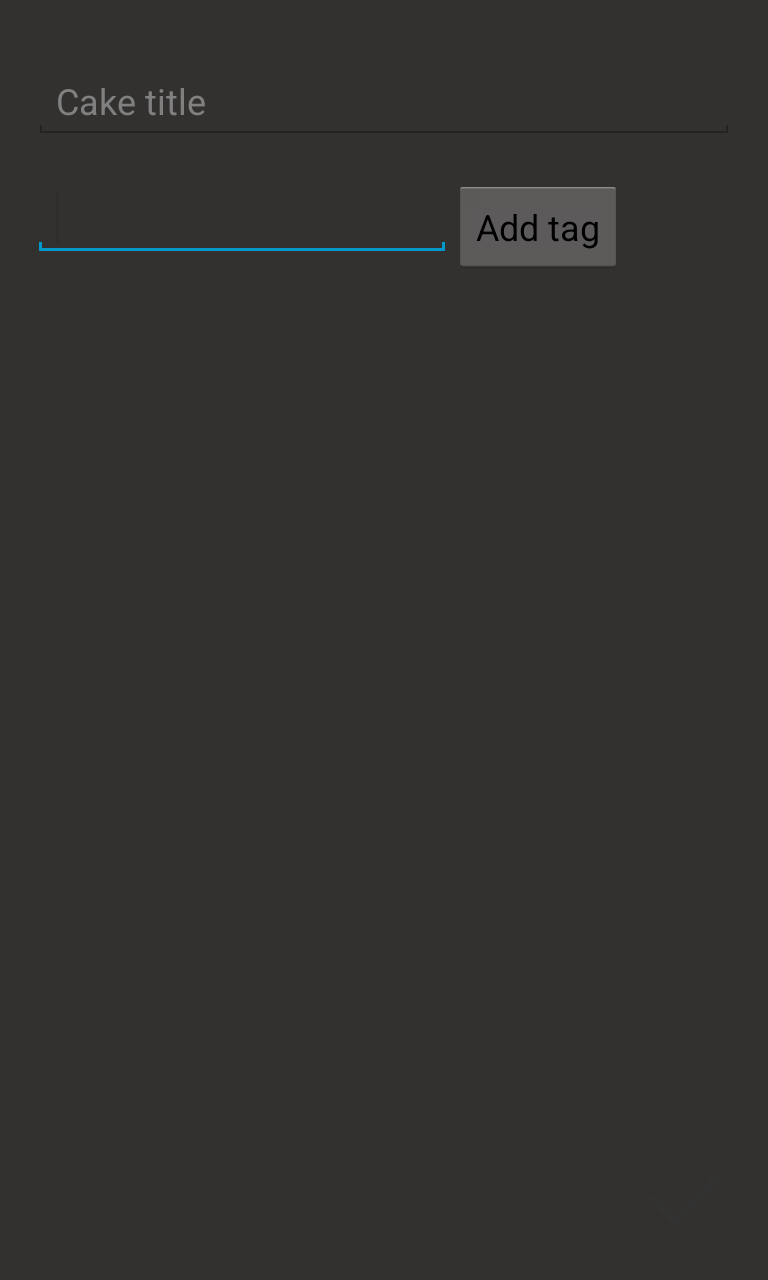
Repository: johnshaughnessy/onesec
Layout: OneSec-App/res/layout/activity_new_cake.xml
The author's editor kept a copy of each file at every save. The layout is drawn from the files as they stood at one save, then again after the next save.
It is drawn on a 768 x 1280 px phone screen (xhdpi) without system bars, with theme RetroTheme; the app's code is not run.

Above is the layout before, as saved 2013-07-13 22:47:14.

### OneSec-App/res/layout/activity_new_cake.xml
<RelativeLayout xmlns:android="http://schemas.android.com/apk/res/android"
    xmlns:tools="http://schemas.android.com/tools"
    android:layout_width="match_parent"
    android:layout_height="match_parent"
    android:paddingBottom="@dimen/activity_vertical_margin"
    android:paddingLeft="@dimen/activity_horizontal_margin"
    android:paddingRight="@dimen/activity_horizontal_margin"
    android:paddingTop="@dimen/activity_vertical_margin"
    tools:context=".NewCakeActivity" >

    <ImageView
        android:id="@+id/thumbnail"
        android:layout_width="wrap_content"
        android:layout_height="wrap_content"
        android:layout_marginBottom="15dp"
        android:layout_centerHorizontal="true" />

    <TextView
        android:id="@+id/date"
        android:layout_width="wrap_content"
        android:layout_height="wrap_content"
        android:layout_below="@id/title"
        android:maxLines="1000"
        android:layout_centerHorizontal="true" />

    <EditText
        android:id="@+id/title"
        android:layout_width="fill_parent"
        android:layout_height="wrap_content"
        android:layout_below="@id/thumbnail"
        android:maxLines="1"
        android:inputType="text"
        android:hint="@string/hint_cake_title"
        android:layout_centerHorizontal="true" />

    <Button
        android:id="@+id/done"
        android:layout_width="50dp"
        android:layout_height="50dp"
        android:layout_alignParentBottom="true"
        android:layout_alignParentRight="true"
        android:background="@drawable/ic_navigation_accept" />

    <EditText
        android:id="@+id/newCakeSprinkle"
        android:layout_width="wrap_content"
        android:layout_height="wrap_content"
        android:layout_alignLeft="@+id/title"
        android:layout_below="@+id/date"
        android:maxLines="1"
        android:inputType="text"
        android:ems="10" >
        <requestFocus />
    </EditText>

    <Button
        android:id="@+id/addTag"
        android:layout_width="wrap_content"
        android:layout_height="wrap_content"
        android:layout_below="@id/date"
        android:layout_toRightOf="@id/newCakeSprinkle"
        android:layout_centerHorizontal="true"
        android:onClick="addTag"
        android:text="@string/addTag" />

</RelativeLayout>

### OneSec-App/res/values/strings.xml
<?xml version="1.0" encoding="utf-8"?>
<resources>

    <string name="app_name">SPRINKLES</string>
    <string name="action_settings">Settings</string>
    <string name="action_signout">Sign out</string>
    <string name="search_title">Search</string>
    <string name="search_hint">Search by sprinkle</string>
    <string name="hello_world">Hello world!</string>
    <string name="title_activity_new_second">New Moment</string>
    <string name="title_activity_new_cake">New Cake</string>
    <string name="title_activity_view_seconds">My Moments</string>
    <string name="title_activity_view_cakes">My Cakes</string>
    <string name="title_activity_recipe">RecipeActivity</string>
    <string name="my_seconds">My Moments</string>
    <string name="date">Date:</string>
    <string name="text_select_seconds">Select</string>
    <string name="text_bake_cake">Bake</string>
    <string name="forget">Forget</string>
    <string name="sign_in">Sign in</string>
    <string name="hint_cake_title">Cake title</string>

    <string name="text_takeSecond">Capture the moment</string>
    <string name="text_viewSeconds">View Moments</string>
    <string name="text_viewCakes">View Cakes</string>

    <string name="menu_new">New</string>
    <string name="text_test">Test</string>
    <string name="done">So beautiful omg</string>
    <string name="play_second">Play</string>

    <string name="addTag">Add tag</string>
    <string name="upload">Upload</string>
    <string name="syncSeconds">Sync Moments</string>


</resources>

Loaded but not shown: OneSec-App/res/values/styles.xml (common file); OneSec-App/res/values-v11/styles.xml (common file); OneSec-App/res/values-v14/styles.xml (common file); OneSec-App/res/values/dimens.xml (common file)

After the next save:
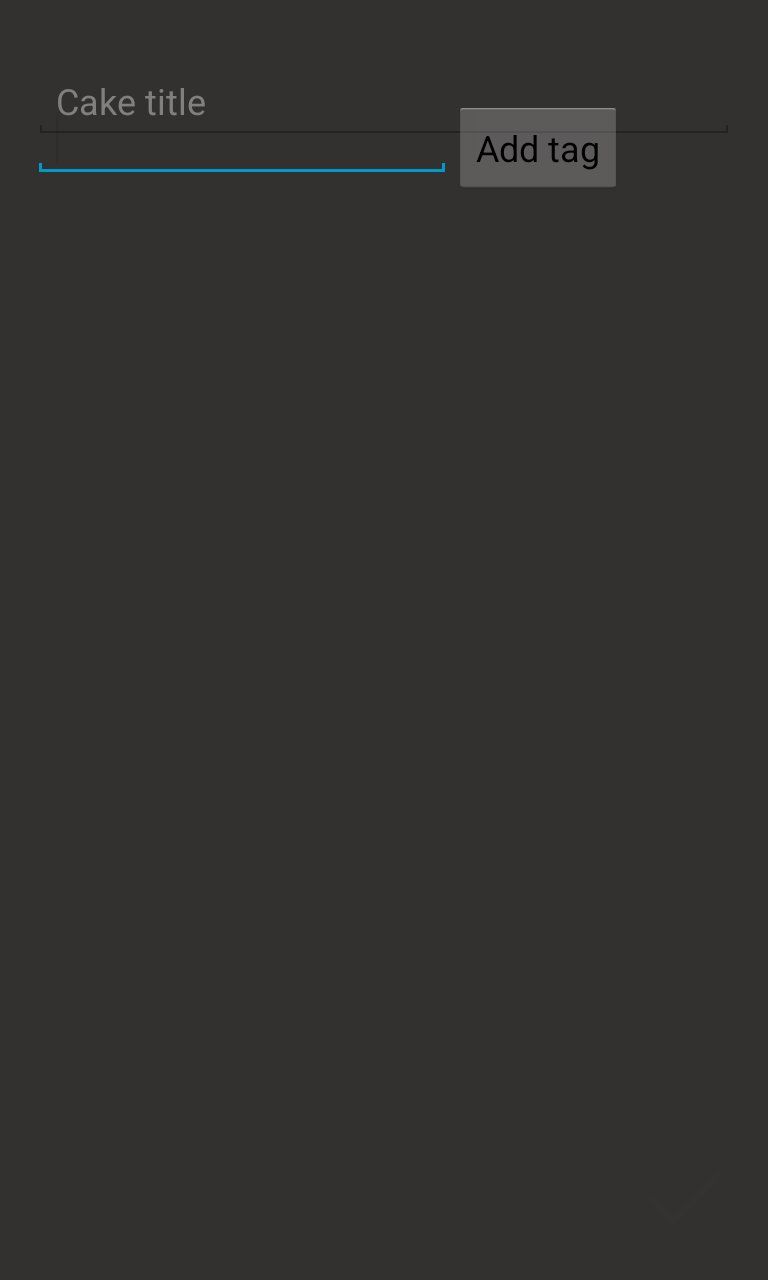
Saved 8 s later.
--- a/OneSec-App/res/layout/activity_new_cake.xml
+++ b/OneSec-App/res/layout/activity_new_cake.xml
@@ -19,7 +19,7 @@
         android:id="@+id/date"
         android:layout_width="wrap_content"
         android:layout_height="wrap_content"
-        android:layout_below="@id/title"
+        android:layout_below="@id/thumbnail"
         android:maxLines="1000"
         android:layout_centerHorizontal="true" />
 
